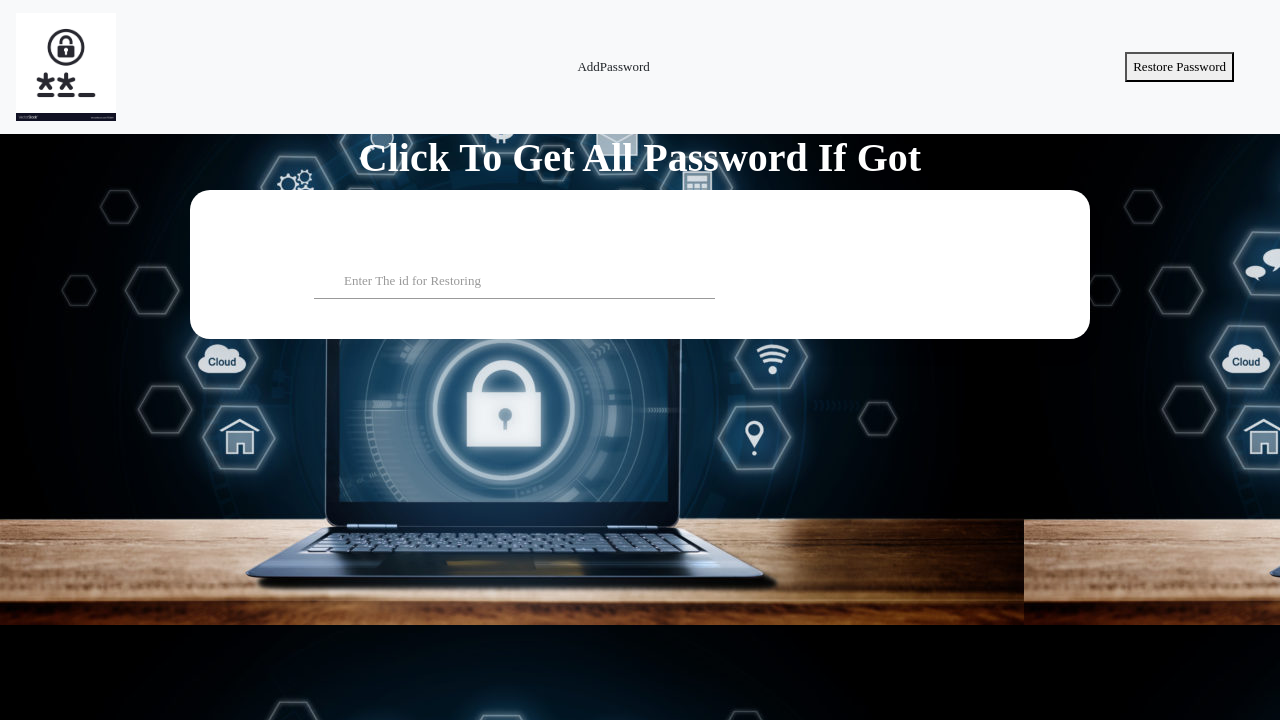
Repository: Sunil-731820/AllWorkingModels
Page: http://localhost/PasswordManagerApp/ShowAllPassword.jsp
These files come from the project's save history. The page is drawn as it stood at one moment and after the next save; the edit follows.
The browser window is 1280 px wide. The pictures show the whole page.
Some web fonts or font styles are not loaded; a fallback is used. Some web libraries are served in a nearby version. The page is served by Tomcat 9. Other server files are loaded and not shown.

Above is the page before, as saved 2022-09-28 04:31:20.

### PasswordManagerApp/src/main/webapp/ShowAllPassword.jsp
<%@ page language="java" contentType="text/html; charset=ISO-8859-1"
    pageEncoding="ISO-8859-1"%>
<!DOCTYPE html>
<html>
<head>
<meta charset="ISO-8859-1">
<title>Insert title here</title>
<link rel="stylesheet" href="fonts/material-icon/css/material-design-iconic-font.min.css">
        <link rel="stylesheet"
              href="https://stackpath.bootstrapcdn.com/bootstrap/4.3.1/css/bootstrap.min.css">
        <link rel="stylesheet"
              href="https://maxcdn.bootstrapcdn.com/font-awesome/4.7.0/css/font-awesome.min.css">
        <script
        src="https://ajax.googleapis.com/ajax/libs/jquery/3.3.1/jquery.min.js"></script>
        <script
        src="https://cdnjs.cloudflare.com/ajax/libs/popper.js/1.14.7/umd/popper.min.js"></script>
        <script
        src="https://stackpath.bootstrapcdn.com/bootstrap/4.3.1/js/bootstrap.min.js"></script>
        <link
            href="//maxcdn.bootstrapcdn.com/bootstrap/4.0.0/css/bootstrap.min.css"
            rel="stylesheet" id="bootstrap-css">
        <script
        src="//maxcdn.bootstrapcdn.com/bootstrap/4.0.0/js/bootstrap.min.js"></script>
        <script
        src="//cdnjs.cloudflare.com/ajax/libs/jquery/3.2.1/jquery.min.js"></script>
        <link rel="stylesheet" href="css/register.css" type="text/css" />
         <style type="text/css">
        body {
            background-image: url("img/pass4.jpeg");
            background-color: #cccccc;
        }
        .img-rounded {
            height: 100%;
            width: 100%;
        }
        h1 {
            color: white;
            text-align: center;
        }
    </style>
</head>
<body>
<nav class="navbar navbar-expand-md navbar-light bg-light">
            <a href="#" class="navbar-brand"> <img src="img/icons.jpg"
                                                   height="30" width="100" alt="Password">
            </a>
            <button type="button" class="navbar-toggler" data-toggle="collapse"
                    data-target="#navbarCollapse">
                <span class="navbar-toggler-icon"></span>
            </button>

            <div class="collapse navbar-collapse" id="navbarCollapse">
                <div class="navbar-nav ml-auto" style="margin-right: 30px;">
                    <a class="dropdown-item" href="AddPassword.jsp">AddPassword</a>
                </div>
                 <div class="navbar-nav ml-auto" style="margin-right: 30px;">
                    <button type="submit" name="Restore">Restore Password</button>
                </div>
            </div>
        </nav>
        <div>
            <h1>
                <b>Click To Get All Password If Got</b>
            </h1>
        </div>
<form action="ShowAllPassword.jsp" method="get">
            <!-- Sign up form -->
            <section class="signup">
                <div class="container">
                    <div class="signup-content">
                        <div class="signup-form">
                            <h2 class="form-title"> </h2>
                            <form class="register-form" id="register-form">
                            	<div class="form-group">
                                    <label for="email" class="required"><i class="zmdi zmdi-email"></i></label>
                                    <input type="number" name="id" id="id" placeholder="Enter The id for Restoring " required="required" />
                                </div>
                            </form>
                        </div>

                    </div>
                </div>
            </section>
        </form>
</body>
</html>

### PasswordManagerApp/src/main/webapp/css/register.css
@charset "ISO-8859-1";
display-flex, .display-flex, .display-flex-center, .signup-content, .signin-content, .social-login, .socials {
  display: flex;
  display: -webkit-flex; }

/* @extend list-type-ulli; */
list-type-ulli, .socials {
  list-style-type: none;
  margin: 0;
  padding: 0; }

/* poppins-300 - latin */
@font-face {
  font-family: 'Poppins';
  font-style: normal;
  font-weight: 300;
  src: url("../fonts/poppins/poppins-v5-latin-300.eot");
  /* IE9 Compat Modes */
  src: local("Poppins Light"), local("Poppins-Light"), url("../fonts/poppins/poppins-v5-latin-300.eot?#iefix") format("embedded-opentype"), url("../fonts/poppins/poppins-v5-latin-300.woff2") format("woff2"), url("../fonts/poppins/poppins-v5-latin-300.woff") format("woff"), url("../fonts/poppins/poppins-v5-latin-300.ttf") format("truetype"), url("../fonts/poppins/poppins-v5-latin-300.svg#Poppins") format("svg");
  /* Legacy iOS */ }
/* poppins-300italic - latin */
@font-face {
  font-family: 'Poppins';
  font-style: italic;
  font-weight: 300;
  src: url("../fonts/poppins/poppins-v5-latin-300italic.eot");
  /* IE9 Compat Modes */
  src: local("Poppins Light Italic"), local("Poppins-LightItalic"), url("../fonts/poppins/poppins-v5-latin-300italic.eot?#iefix") format("embedded-opentype"), url("../fonts/poppins/poppins-v5-latin-300italic.woff2") format("woff2"), url("../fonts/poppins/poppins-v5-latin-300italic.woff") format("woff"), url("../fonts/poppins/poppins-v5-latin-300italic.ttf") format("truetype"), url("../fonts/poppins/poppins-v5-latin-300italic.svg#Poppins") format("svg");
  /* Legacy iOS */ }
/* poppins-regular - latin */
@font-face {
  font-family: 'Poppins';
  font-style: normal;
  font-weight: 400;
  src: url("../fonts/poppins/poppins-v5-latin-regular.eot");
  /* IE9 Compat Modes */
  src: local("Poppins Regular"), local("Poppins-Regular"), url("../fonts/poppins/poppins-v5-latin-regular.eot?#iefix") format("embedded-opentype"), url("../fonts/poppins/poppins-v5-latin-regular.woff2") format("woff2"), url("../fonts/poppins/poppins-v5-latin-regular.woff") format("woff"), url("../fonts/poppins/poppins-v5-latin-regular.ttf") format("truetype"), url("../fonts/poppins/poppins-v5-latin-regular.svg#Poppins") format("svg");
  /* Legacy iOS */ }
/* poppins-italic - latin */
@font-face {
  font-family: 'Poppins';
  font-style: italic;
  font-weight: 400;
  src: url("../fonts/poppins/poppins-v5-latin-italic.eot");
  /* IE9 Compat Modes */
  src: local("Poppins Italic"), local("Poppins-Italic"), url("../fonts/poppins/poppins-v5-latin-italic.eot?#iefix") format("embedded-opentype"), url("../fonts/poppins/poppins-v5-latin-italic.woff2") format("woff2"), url("../fonts/poppins/poppins-v5-latin-italic.woff") format("woff"), url("../fonts/poppins/poppins-v5-latin-italic.ttf") format("truetype"), url("../fonts/poppins/poppins-v5-latin-italic.svg#Poppins") format("svg");
  /* Legacy iOS */ }
/* poppins-500 - latin */
@font-face {
  font-family: 'Poppins';
  font-style: normal;
  font-weight: 500;
  src: url("../fonts/poppins/poppins-v5-latin-500.eot");
  /* IE9 Compat Modes */
  src: local("Poppins Medium"), local("Poppins-Medium"), url("../fonts/poppins/poppins-v5-latin-500.eot?#iefix") format("embedded-opentype"), url("../fonts/poppins/poppins-v5-latin-500.woff2") format("woff2"), url("../fonts/poppins/poppins-v5-latin-500.woff") format("woff"), url("../fonts/poppins/poppins-v5-latin-500.ttf") format("truetype"), url("../fonts/poppins/poppins-v5-latin-500.svg#Poppins") format("svg");
  /* Legacy iOS */ }
/* poppins-500italic - latin */
@font-face {
  font-family: 'Poppins';
  font-style: italic;
  font-weight: 500;
  src: url("../fonts/poppins/poppins-v5-latin-500italic.eot");
  /* IE9 Compat Modes */
  src: local("Poppins Medium Italic"), local("Poppins-MediumItalic"), url("../fonts/poppins/poppins-v5-latin-500italic.eot?#iefix") format("embedded-opentype"), url("../fonts/poppins/poppins-v5-latin-500italic.woff2") format("woff2"), url("../fonts/poppins/poppins-v5-latin-500italic.woff") format("woff"), url("../fonts/poppins/poppins-v5-latin-500italic.ttf") format("truetype"), url("../fonts/poppins/poppins-v5-latin-500italic.svg#Poppins") format("svg");
  /* Legacy iOS */ }
/* poppins-600 - latin */
@font-face {
  font-family: 'Poppins';
  font-style: normal;
  font-weight: 600;
  src: url("../fonts/poppins/poppins-v5-latin-600.eot");
  /* IE9 Compat Modes */
  src: local("Poppins SemiBold"), local("Poppins-SemiBold"), url("../fonts/poppins/poppins-v5-latin-600.eot?#iefix") format("embedded-opentype"), url("../fonts/poppins/poppins-v5-latin-600.woff2") format("woff2"), url("../fonts/poppins/poppins-v5-latin-600.woff") format("woff"), url("../fonts/poppins/poppins-v5-latin-600.ttf") format("truetype"), url("../fonts/poppins/poppins-v5-latin-600.svg#Poppins") format("svg");
  /* Legacy iOS */ }
/* poppins-700 - latin */
@font-face {
  font-family: 'Poppins';
  font-style: normal;
  font-weight: 700;
  src: url("../fonts/poppins/poppins-v5-latin-700.eot");
  /* IE9 Compat Modes */
  src: local("Poppins Bold"), local("Poppins-Bold"), url("../fonts/poppins/poppins-v5-latin-700.eot?#iefix") format("embedded-opentype"), url("../fonts/poppins/poppins-v5-latin-700.woff2") format("woff2"), url("../fonts/poppins/poppins-v5-latin-700.woff") format("woff"), url("../fonts/poppins/poppins-v5-latin-700.ttf") format("truetype"), url("../fonts/poppins/poppins-v5-latin-700.svg#Poppins") format("svg");
  /* Legacy iOS */ }
/* poppins-700italic - latin */
@font-face {
  font-family: 'Poppins';
  font-style: italic;
  font-weight: 700;
  src: url("../fonts/poppins/poppins-v5-latin-700italic.eot");
  /* IE9 Compat Modes */
  src: local("Poppins Bold Italic"), local("Poppins-BoldItalic"), url("../fonts/poppins/poppins-v5-latin-700italic.eot?#iefix") format("embedded-opentype"), url("../fonts/poppins/poppins-v5-latin-700italic.woff2") format("woff2"), url("../fonts/poppins/poppins-v5-latin-700italic.woff") format("woff"), url("../fonts/poppins/poppins-v5-latin-700italic.ttf") format("truetype"), url("../fonts/poppins/poppins-v5-latin-700italic.svg#Poppins") format("svg");
  /* Legacy iOS */ }
/* poppins-800 - latin */
@font-face {
  font-family: 'Poppins';
  font-style: normal;
  font-weight: 800;
  src: url("../fonts/poppins/poppins-v5-latin-800.eot");
  /* IE9 Compat Modes */
  src: local("Poppins ExtraBold"), local("Poppins-ExtraBold"), url("../fonts/poppins/poppins-v5-latin-800.eot?#iefix") format("embedded-opentype"), url("../fonts/poppins/poppins-v5-latin-800.woff2") format("woff2"), url("../fonts/poppins/poppins-v5-latin-800.woff") format("woff"), url("../fonts/poppins/poppins-v5-latin-800.ttf") format("truetype"), url("../fonts/poppins/poppins-v5-latin-800.svg#Poppins") format("svg");
  /* Legacy iOS */ }
/* poppins-800italic - latin */
@font-face {
  font-family: 'Poppins';
  font-style: italic;
  font-weight: 800;
  src: url("../fonts/poppins/poppins-v5-latin-800italic.eot");
  /* IE9 Compat Modes */
  src: local("Poppins ExtraBold Italic"), local("Poppins-ExtraBoldItalic"), url("../fonts/poppins/poppins-v5-latin-800italic.eot?#iefix") format("embedded-opentype"), url("../fonts/poppins/poppins-v5-latin-800italic.woff2") format("woff2"), url("../fonts/poppins/poppins-v5-latin-800italic.woff") format("woff"), url("../fonts/poppins/poppins-v5-latin-800italic.ttf") format("truetype"), url("../fonts/poppins/poppins-v5-latin-800italic.svg#Poppins") format("svg");
  /* Legacy iOS */ }
/* poppins-900 - latin */
@font-face {
  font-family: 'Poppins';
  font-style: normal;
  font-weight: 900;
  src: url("../fonts/poppins/poppins-v5-latin-900.eot");
  /* IE9 Compat Modes */
  src: local("Poppins Black"), local("Poppins-Black"), url("../fonts/poppins/poppins-v5-latin-900.eot?#iefix") format("embedded-opentype"), url("../fonts/poppins/poppins-v5-latin-900.woff2") format("woff2"), url("../fonts/poppins/poppins-v5-latin-900.woff") format("woff"), url("../fonts/poppins/poppins-v5-latin-900.ttf") format("truetype"), url("../fonts/poppins/poppins-v5-latin-900.svg#Poppins") format("svg");
  /* Legacy iOS */ }
a:focus, a:active {
  text-decoration: none;
  outline: none;
  transition: all 300ms ease 0s;
  -moz-transition: all 300ms ease 0s;
  -webkit-transition: all 300ms ease 0s;
  -o-transition: all 300ms ease 0s;
  -ms-transition: all 300ms ease 0s; }

input, select, textarea {
  outline: none;
  appearance: unset !important;
  -moz-appearance: unset !important;
  -webkit-appearance: unset !important;
  -o-appearance: unset !important;
  -ms-appearance: unset !important; }

input::-webkit-outer-spin-button, input::-webkit-inner-spin-button {
  appearance: none !important;
  -moz-appearance: none !important;
  -webkit-appearance: none !important;
  -o-appearance: none !important;
  -ms-appearance: none !important;
  margin: 0; }

input:focus, select:focus, textarea:focus {
  outline: none;
  box-shadow: none !important;
  -moz-box-shadow: none !important;
  -webkit-box-shadow: none !important;
  -o-box-shadow: none !important;
  -ms-box-shadow: none !important; }

input[type=checkbox] {
  appearance: checkbox !important;
  -moz-appearance: checkbox !important;
  -webkit-appearance: checkbox !important;
  -o-appearance: checkbox !important;
  -ms-appearance: checkbox !important; }

input[type=radio] {
  appearance: radio !important;
  -moz-appearance: radio !important;
  -webkit-appearance: radio !important;
  -o-appearance: radio !important;
  -ms-appearance: radio !important; }

img {
  max-width: 100%;
  height: auto; }

figure {
  margin: 0; }

p {
  margin-bottom: 0px;
  font-size: 15px;
  color: #777; }

h2 {
  line-height: 1.66;
  margin: 0;
  padding: 0;
  font-weight: bold;
  color: #222;
  font-family: Poppins;
  font-size: 36px; }

.main {
  background: #f8f8f8;
  padding: 150px 0; }

.clear {
  clear: both; }

body {
  font-size: 13px;
  line-height: 1.8;
  color: #222;
  background: #f8f8f8;
  font-weight: 400;
  font-family: Poppins; }

.container {
  width: 900px;
  background: #fff;
  margin: 0 auto;
  box-shadow: 0px 15px 16.83px 0.17px rgba(0, 0, 0, 0.05);
  -moz-box-shadow: 0px 15px 16.83px 0.17px rgba(0, 0, 0, 0.05);
  -webkit-box-shadow: 0px 15px 16.83px 0.17px rgba(0, 0, 0, 0.05);
  -o-box-shadow: 0px 15px 16.83px 0.17px rgba(0, 0, 0, 0.05);
  -ms-box-shadow: 0px 15px 16.83px 0.17px rgba(0, 0, 0, 0.05);
  border-radius: 20px;
  -moz-border-radius: 20px;
  -webkit-border-radius: 20px;
  -o-border-radius: 20px;
  -ms-border-radius: 20px; }

.display-flex {
  justify-content: space-between;
  -moz-justify-content: space-between;
  -webkit-justify-content: space-between;
  -o-justify-content: space-between;
  -ms-justify-content: space-between;
  align-items: center;
  -moz-align-items: center;
  -webkit-align-items: center;
  -o-align-items: center;
  -ms-align-items: center; }

.display-flex-center {
  justify-content: center;
  -moz-justify-content: center;
  -webkit-justify-content: center;
  -o-justify-content: center;
  -ms-justify-content: center;
  align-items: center;
  -moz-align-items: center;
  -webkit-align-items: center;
  -o-align-items: center;
  -ms-align-items: center; }

.position-center {
  position: absolute;
  top: 50%;
  left: 50%;
  transform: translate(-50%, -50%);
  -moz-transform: translate(-50%, -50%);
  -webkit-transform: translate(-50%, -50%);
  -o-transform: translate(-50%, -50%);
  -ms-transform: translate(-50%, -50%); }

.signup {
  margin-bottom: 150px; }

.signup-content {
  padding: 40px 0; }

.signup-form, .signup-image, .signin-form, .signin-image {
  width: 50%;
  overflow: hidden; }

.signup-image {
  margin: 0 55px; }

.form-title {
  margin-bottom: 33px; }

.signup-image {
  margin-top: 45px; }

figure {
  margin-bottom: 50px;
  text-align: center; }

.form-submit {
  display: inline-block;
  background: #6dabe4;
  color: #fff;
  border-bottom: none;
  width: auto;
  padding: 15px 39px;
  border-radius: 5px;
  -moz-border-radius: 5px;
  -webkit-border-radius: 5px;
  -o-border-radius: 5px;
  -ms-border-radius: 5px;
  margin-top: 25px;
  cursor: pointer; }
  .form-submit:hover {
    background: #4292dc; }

#signin {
  margin-top: 16px; }

.signup-image-link {
  font-size: 14px;
  color: #222;
  display: block;
  text-align: center; }

.term-service {
  font-size: 13px;
  color: #222; }

.signup-form {
  margin-left: 75px;
  margin-right: 75px;
  padding-left: 34px; }

.register-form {
  width: 100%; }

.form-group {
  position: relative;
  margin-bottom: 25px;
  overflow: hidden; }
  .form-group:last-child {
    margin-bottom: 0px; }

input {
  width: 100%;
  display: block;
  border: none;
  border-bottom: 1px solid #999;
  padding: 6px 30px;
  font-family: Poppins;
  box-sizing: border-box; }
  input::-webkit-input-placeholder {
    color: #999; }
  input::-moz-placeholder {
    color: #999; }
  input:-ms-input-placeholder {
    color: #999; }
  input:-moz-placeholder {
    color: #999; }
  input:focus {
    border-bottom: 1px solid #222; }
    input:focus::-webkit-input-placeholder {
      color: #222; }
    input:focus::-moz-placeholder {
      color: #222; }
    input:focus:-ms-input-placeholder {
      color: #222; }
    input:focus:-moz-placeholder {
      color: #222; }

input[type=checkbox]:not(old) {
  width: 2em;
  margin: 0;
  padding: 0;
  font-size: 1em;
  display: none; }

input[type=checkbox]:not(old) + label {
  display: inline-block;
  line-height: 1.5em;
  margin-top: 6px; }

input[type=checkbox]:not(old) + label > span {
  display: inline-block;
  width: 13px;
  height: 13px;
  margin-right: 15px;
  margin-bottom: 3px;
  border: 1px solid #999;
  border-radius: 2px;
  -moz-border-radius: 2px;
  -webkit-border-radius: 2px;
  -o-border-radius: 2px;
  -ms-border-radius: 2px;
  background: white;
  background-image: -moz-linear-gradient(white, white);
  background-image: -ms-linear-gradient(white, white);
  background-image: -o-linear-gradient(white, white);
  background-image: -webkit-linear-gradient(white, white);
  background-image: linear-gradient(white, white);
  vertical-align: bottom; }

input[type=checkbox]:not(old):checked + label > span {
  background-image: -moz-linear-gradient(white, white);
  background-image: -ms-linear-gradient(white, white);
  background-image: -o-linear-gradient(white, white);
  background-image: -webkit-linear-gradient(white, white);
  background-image: linear-gradient(white, white); }

input[type=checkbox]:not(old):checked + label > span:before {
  content: '\f26b';
  display: block;
  color: #222;
  font-size: 11px;
  line-height: 1.2;
  text-align: center;
  font-family: 'Material-Design-Iconic-Font';
  font-weight: bold; }

.agree-term {
  display: inline-block;
  width: auto; }

label {
  position: absolute;
  left: 0;
  top: 50%;
  transform: translateY(-50%);
  -moz-transform: translateY(-50%);
  -webkit-transform: translateY(-50%);
  -o-transform: translateY(-50%);
  -ms-transform: translateY(-50%);
  color: #222; }

.label-has-error {
  top: 22%; }

label.error {
  position: relative;
  background: url("../images/unchecked.gif") no-repeat;
  background-position-y: 3px;
  padding-left: 20px;
  display: block;
  margin-top: 20px; }

label.valid {
  display: block;
  position: absolute;
  right: 0;
  left: auto;
  margin-top: -6px;
  width: 20px;
  height: 20px;
  background: transparent; }
  label.valid:after {
    font-family: 'Material-Design-Iconic-Font';
    content: '\f269';
    width: 100%;
    height: 100%;
    position: absolute;
    /* right: 0; */
    font-size: 16px;
    color: green; }

.label-agree-term {
  position: relative;
  top: 0%;
  transform: translateY(0);
  -moz-transform: translateY(0);
  -webkit-transform: translateY(0);
  -o-transform: translateY(0);
  -ms-transform: translateY(0); }

.material-icons-name {
  font-size: 18px; }

.signin-content {
  padding-top: 40px;
  padding-bottom: 10px; }

.social-login {
  align-items: center;
  -moz-align-items: center;
  -webkit-align-items: center;
  -o-align-items: center;
  -ms-align-items: center;
  margin-top: 80px; }

.social-label {
  display: inline-block;
  margin-right: 15px; }

.socials li {
  padding: 5px; }
  .socials li:last-child {
    margin-right: 0px; }
  .socials li a {
    text-decoration: none; }
    .socials li a i {
      width: 30px;
      height: 30px;
      color: #fff;
      font-size: 14px;
      border-radius: 5px;
      -moz-border-radius: 5px;
      -webkit-border-radius: 5px;
      -o-border-radius: 5px;
      -ms-border-radius: 5px;
      transform: translateZ(0);
      -moz-transform: translateZ(0);
      -webkit-transform: translateZ(0);
      -o-transform: translateZ(0);
      -ms-transform: translateZ(0);
      -webkit-transition-duration: 0.3s;
      transition-duration: 0.3s;
      -webkit-transition-property: transform;
      transition-property: transform;
      -webkit-transition-timing-function: ease-out;
      transition-timing-function: ease-out; }
  .socials li:hover a i {
    -webkit-transform: scale(1.3) translateZ(0);
    transform: scale(1.3) translateZ(0); }

.zmdi-facebook {
  background: #3b5998; }

.zmdi-twitter {
  background: #1da0f2; }

.zmdi-google {
  background: #e72734; }

.signin-form {
  margin-right: 90px;
  margin-left: 80px; }

.signin-image {
  margin-left: 110px;
  margin-right: 20px;
  margin-top: 10px; }

@media screen and (max-width: 1200px) {
  .container {
    width: calc( 100% - 30px);
    max-width: 100%; } }
@media screen and (min-width: 1024px) {
  .container {
    max-width: 1200px; } }
@media screen and (max-width: 768px) {
  .signup-content, .signin-content {
    flex-direction: column;
    -moz-flex-direction: column;
    -webkit-flex-direction: column;
    -o-flex-direction: column;
    -ms-flex-direction: column;
    justify-content: center;
    -moz-justify-content: center;
    -webkit-justify-content: center;
    -o-justify-content: center;
    -ms-justify-content: center; }

  .signup-form {
    margin-left: 0px;
    margin-right: 0px;
    padding-left: 0px;
    /* box-sizing: border-box; */
    padding: 0 30px; }

  .signin-image {
    margin-left: 0px;
    margin-right: 0px;
    margin-top: 50px;
    order: 2;
    -moz-order: 2;
    -webkit-order: 2;
    -o-order: 2;
    -ms-order: 2; }

  .signup-form, .signup-image, .signin-form, .signin-image {
    width: auto; }

  .social-login {
    justify-content: center;
    -moz-justify-content: center;
    -webkit-justify-content: center;
    -o-justify-content: center;
    -ms-justify-content: center; }

  .form-button {
    text-align: center; }

  .signin-form {
    order: 1;
    -moz-order: 1;
    -webkit-order: 1;
    -o-order: 1;
    -ms-order: 1;
    margin-right: 0px;
    margin-left: 0px;
    padding: 0 30px; }

  .form-title {
    text-align: center; } }
@media screen and (max-width: 400px) {
  .social-login {
    flex-direction: column;
    -moz-flex-direction: column;
    -webkit-flex-direction: column;
    -o-flex-direction: column;
    -ms-flex-direction: column; }

  .social-label {
    margin-right: 0px;
    margin-bottom: 10px; } }

After the next save:
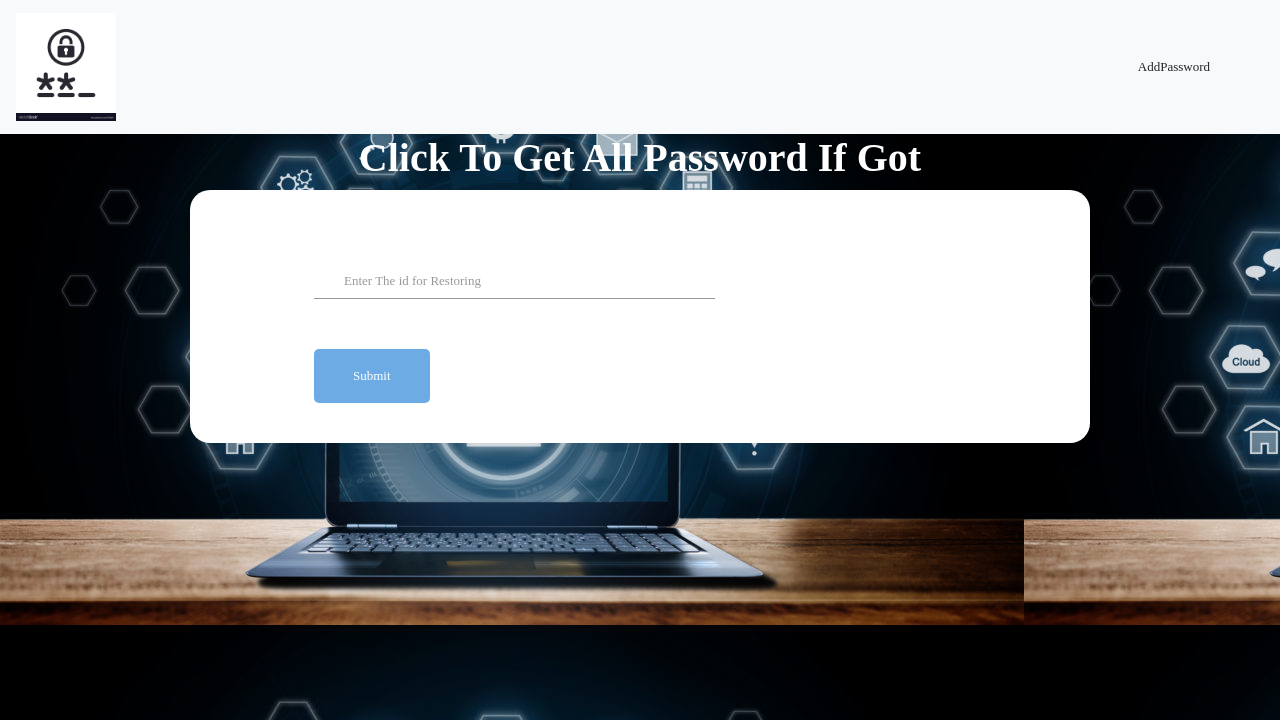
Saved 38 s later.
--- a/PasswordManagerApp/src/main/webapp/ShowAllPassword.jsp
+++ b/PasswordManagerApp/src/main/webapp/ShowAllPassword.jsp
@@ -53,9 +53,7 @@
                 <div class="navbar-nav ml-auto" style="margin-right: 30px;">
                     <a class="dropdown-item" href="AddPassword.jsp">AddPassword</a>
                 </div>
-                 <div class="navbar-nav ml-auto" style="margin-right: 30px;">
-                    <button type="submit" name="Restore">Restore Password</button>
-                </div>
+
             </div>
         </nav>
         <div>
@@ -75,6 +73,9 @@
                                     <label for="email" class="required"><i class="zmdi zmdi-email"></i></label>
                                     <input type="number" name="id" id="id" placeholder="Enter The id for Restoring " required="required" />
                                 </div>
+                                 <div class="form-group form-button">
+                                    <input type="submit" name="signup" id="signup" class="form-submit" value="Submit"/>
+                                </div>
                             </form>
                         </div>
 
